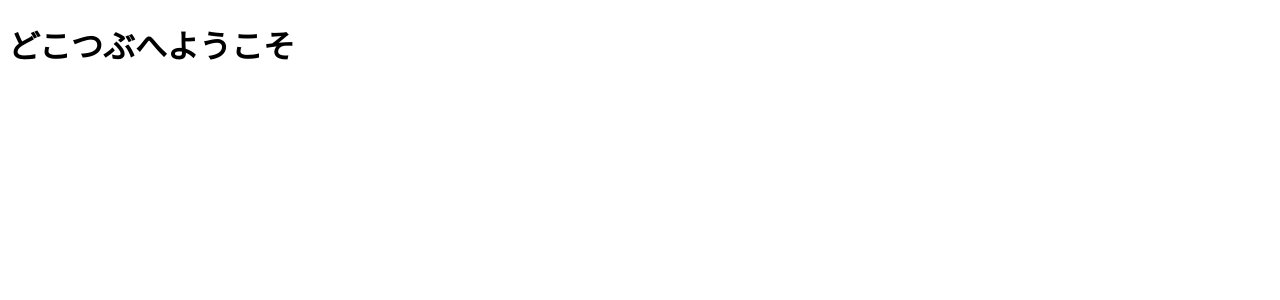
Repository: shotasuzuki01/shotaextest
Page: http://localhost/docoTsubu/
These files come from the project's save history. The page is drawn as it stood at one moment and after the next save; the edit follows.
The browser window is 1280 px wide. The pictures show the whole page.
The page is served by Tomcat 9. Other server files are loaded and not shown.

Above is the page before, as saved 2022-06-01 00:40:18.

### docoTsubu/WebContent/index.jsp
<%@ page language="java" contentType="text/html; charset=UTF-8"
    pageEncoding="UTF-8"%>
<!DOCTYPE html>
<html>
<head>
<meta charset="UTF-8">
<title>どこつぶ</title>
</head>
<body>
<h1>どこつぶへようこそ</h1>

</body>
</html>

After the next save:
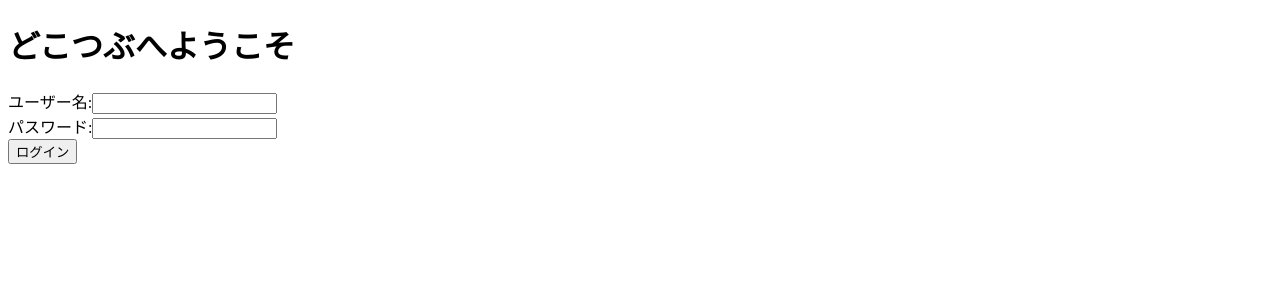
Saved 3 min 0 s later.
--- a/docoTsubu/WebContent/index.jsp
+++ b/docoTsubu/WebContent/index.jsp
@@ -8,6 +8,10 @@
 </head>
 <body>
 <h1>どこつぶへようこそ</h1>
-
+<form action="docoTubu/Login" method="pass">
+ユーザー名:<input type="text" name="name"><br>
+パスワード:<input type="password" name="pass"><br>
+<input type="submit" value="ログイン">
+</form>
 </body>
 </html>
